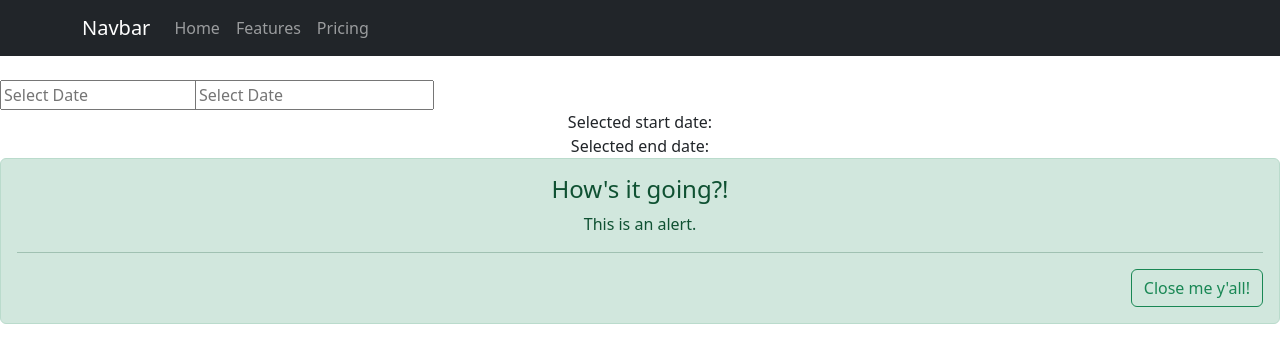
Repository: LizAcu/RugTest
Page: /
These files come from the project's save history. The page is drawn as it stood at one moment and after the next save; the edit follows.
The browser window is 1280 px wide. The pictures show the whole page.
The project was rebuilt for these pictures with package versions that can differ from the ones it lists, and the page was loaded fresh each time.

Above is the page before, as saved 2022-08-25 13:25:12.

After the next save:
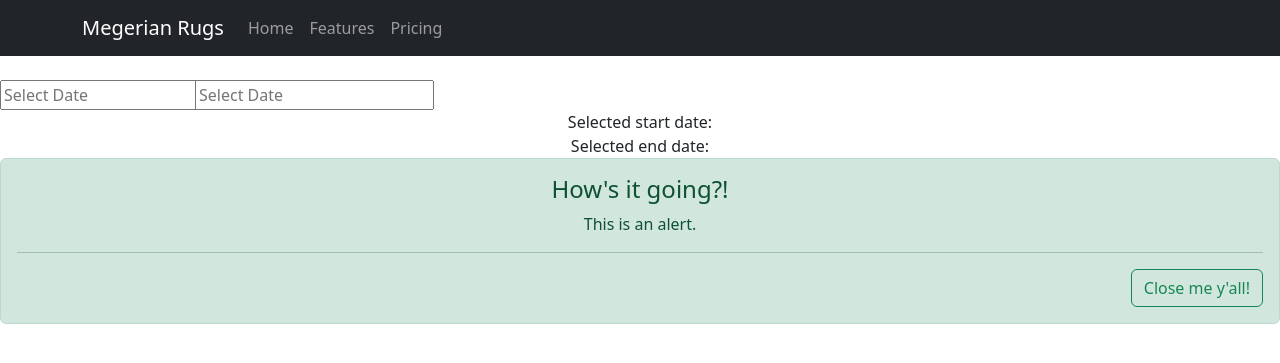
Saved 47 s later.
--- a/src/NavBar/NavBar.js
+++ b/src/NavBar/NavBar.js
@@ -10,7 +10,7 @@ const NavBar = () => {
         <>
           <Navbar bg="dark" variant="dark">
             <Container>
-              <Navbar.Brand href="#home">Navbar</Navbar.Brand>
+              <Navbar.Brand href="#home">Megerian Rugs</Navbar.Brand>
               <Nav className="me-auto">
                 <Nav.Link href="#home">Home</Nav.Link>
                 <Nav.Link href="#features">Features</Nav.Link>
@@ -20,13 +20,6 @@ const NavBar = () => {
           </Navbar>
           <br />
 
-
-
-
-
-
-
-
         </>
       );
 
